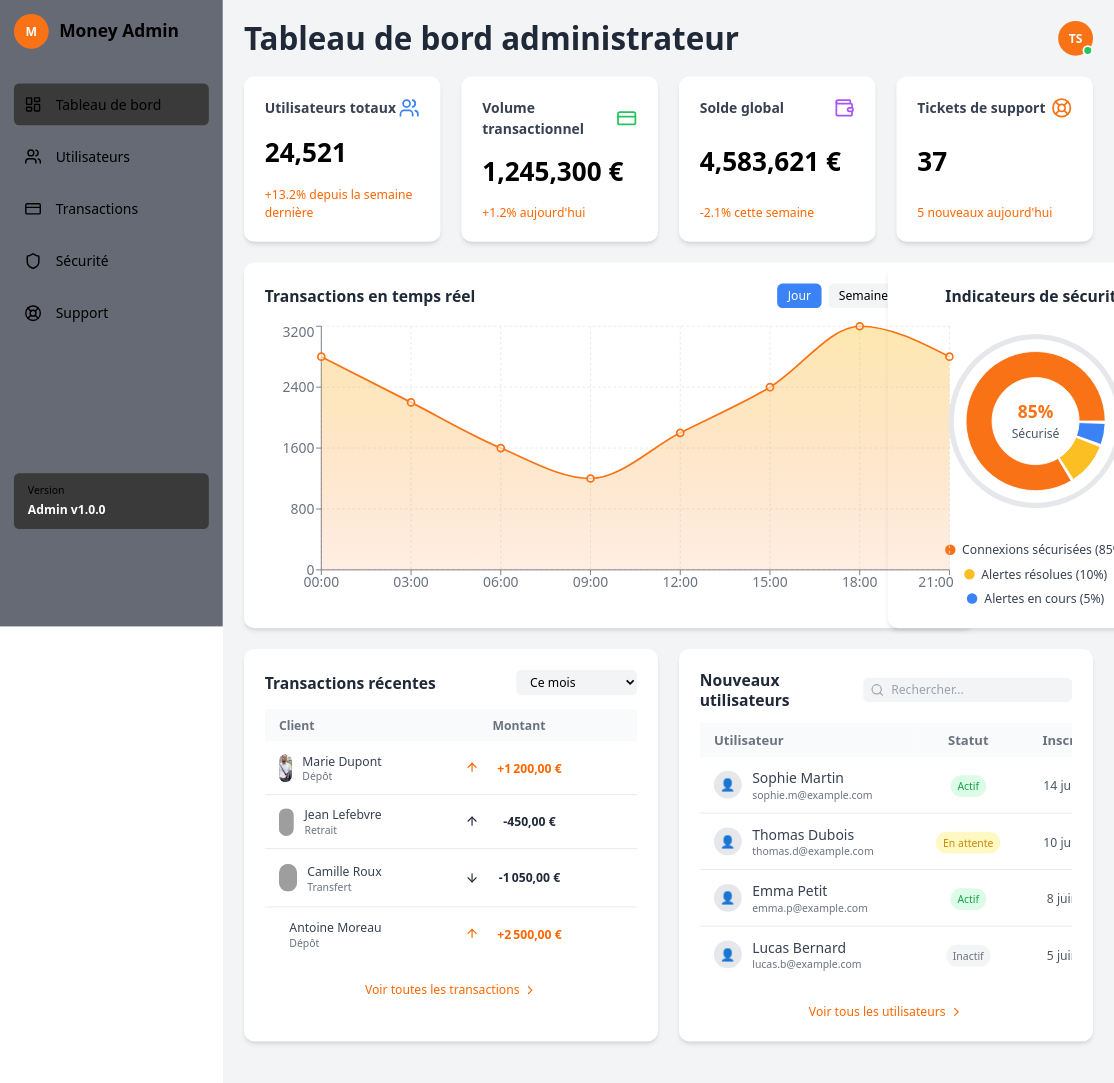
Repository: Edongo999/Dashboard
Page: /
An editor plug-in stored every save of this project. The page is shown before and after the next save, followed by the edit.
The browser window is 1280 px wide. The pictures show the whole page, at 87% of full size.
Pictures or frames that could not be fetched are drawn as grey boxes. The project was rebuilt for these pictures with package versions that can differ from the ones it lists, and the page was loaded fresh each time. Also part of the build but not shown: vite.config.ts.

Above is the page before, as saved 2025-10-14 13:45:09.

### index.html
<!doctype html>
<html lang="en">
  <head>
    <meta charset="UTF-8" />
    <link rel="icon" type="image/svg+xml" href="/vite.svg" />
    <meta name="viewport" content="width=device-width, initial-scale=1.0" />
    <title>mon_dashboard</title>
  </head>
  <body>
    <div id="root"></div>
    <script type="module" src="/src/main.tsx"></script>
  </body>
</html>

### src/App.tsx
import Sidebar from "./components/Sidebar"
import StatBlock from "./components/StatBlock"
import UserAvatar from "./components/UserAvatar"
import RealtimeChart from "./components/RealtimeChart"
import SecurityIndicators from "./components/SecurityIndicators"
import RecentActivity from "./components/RecentActivity"
import NewUsersTable from "./components/NewUsersTable"
import { Users, CreditCard, Wallet, LifeBuoy } from "lucide-react"

const App = () => {
  const kpis = [
    {
      title: "Utilisateurs totaux",
      value: "24,521",
      subtext: "+13.2% depuis la semaine dernière",
      icon: <Users />,
      iconColor: "text-blue-500"
    },
    {
      title: "Volume transactionnel",
      value: "1,245,300 €",
      subtext: "+1.2% aujourd'hui",
      icon: <CreditCard />,
      iconColor: "text-green-500"
    },
    {
      title: "Solde global",
      value: "4,583,621 €",
      subtext: "-2.1% cette semaine",
      icon: <Wallet />,
      iconColor: "text-purple-500"
    },
    {
      title: "Tickets de support",
      value: "37",
      subtext: "5 nouveaux aujourd'hui",
      icon: <LifeBuoy />,
      iconColor: "text-orange-500"
    }
  ]

  return (
    <div className="flex min-h-screen">
      <Sidebar />
      <main className="flex-1 overflow-auto p-6 bg-[#F3F4F6]">

        {/* ✅ Titre + avatar */}
        <div className="flex items-center justify-between mb-6">
          <h1 className="text-4xl font-bold text-gray-800">
            Tableau de bord administrateur
          </h1>
          <UserAvatar />
        </div>

        {/* ✅ Cartes KPI */}
        <div className="grid grid-cols-1 sm:grid-cols-2 lg:grid-cols-4 gap-6 mb-6">
          {kpis.map((kpi, i) => (
            <StatBlock key={i} {...kpi} />
          ))}
        </div>

        {/* ✅ Section monitoring */}
        <div className="grid grid-cols-1 lg:grid-cols-2 gap-6 mb-6">
          <RealtimeChart />
          <SecurityIndicators />
        </div>

        {/* ✅ Section activité + utilisateurs côte à côte */}
        <div className="grid grid-cols-1 lg:grid-cols-2 gap-6 mb-6">
          <RecentActivity />
          <NewUsersTable />
        </div>
      </main>
    </div>
  )
}

export default App

### src/components/Sidebar.tsx
import {
  LayoutDashboard,
  Users,
  CreditCard,
  Shield,
  LifeBuoy,
  Menu
} from "lucide-react"
import { useState } from "react"

const Sidebar = () => {
  const [open, setOpen] = useState(false)
  const [active, setActive] = useState("Tableau de bord")

  const menuItems = [
    { label: "Tableau de bord", icon: <LayoutDashboard size={20} /> },
    { label: "Utilisateurs", icon: <Users size={20} /> },
    { label: "Transactions", icon: <CreditCard size={20} /> },
    { label: "Sécurité", icon: <Shield size={20} /> },
    { label: "Support", icon: <LifeBuoy size={20} /> }
  ]

  return (
    <>
      {/* Bouton hamburger mobile */}
      <button
        className="lg:hidden fixed top-4 left-4 z-50 bg-white p-2 rounded-md shadow-md"
        onClick={() => setOpen(!open)}
      >
        <Menu className="text-gray-800" />
      </button>

      {/* Sidebar */}
      <aside
        className={`fixed top-0 left-0 w-64 h-screen bg-[#656A74] text-neutral-content flex flex-col justify-between p-4 z-40 transition-transform duration-300 ${
          open ? "translate-x-0" : "-translate-x-full"
        } lg:translate-x-0 lg:static lg:block`}
        style={{ opacity: 1 }}
      >
        {/* Haut : logo */}
        <div>
          <div className="flex items-center gap-3 mb-10">
            <div className="bg-orange-500 text-white rounded-full w-10 h-10 flex items-center justify-center font-bold text-sm shrink-0">
              M
            </div>
            <span className="text-xl font-semibold whitespace-nowrap">Money Admin</span>
          </div>

          {/* Menu */}
          <ul className="space-y-3">
            {menuItems.map((item) => (
              <li key={item.label}>
                <a
                  onClick={() => setActive(item.label)}
                  className={`flex items-center gap-4 py-3 px-3 text-[16px] rounded-md transition-all duration-300 ${
                    active === item.label
                      ? "bg-[#3A3A3A]"
                      : "hover:bg-neutral-600 hover:scale-[1.02]"
                  }`}
                >
                  {item.icon}
                  {item.label}
                </a>
              </li>
            ))}
          </ul>
        </div>

        {/* Bloc version */}
        <div className="mt-40">
          <div className="bg-[#3A3A3A] rounded-md px-4 py-3 text-xs text-neutral-content/70">
            <p className="mb-1">Version</p>
            <span className="font-semibold text-sm text-white">Admin v1.0.0</span>
          </div>
        </div>
      </aside>
    </>
  )
}

export default Sidebar

### src/components/StatBlock.tsx
import { motion } from "framer-motion"

type StatBlockProps = {
  title: string
  value: string
  subtext: string
  icon: React.ReactNode
  iconColor: string
}

const StatBlock = ({ title, value, subtext, icon, iconColor }: StatBlockProps) => {
  return (
    <motion.div
      initial={{ opacity: 0, y: 30 }}
      animate={{ opacity: 1, y: 0 }}
      whileHover={{ scale: 1.03, y: -5 }}
      transition={{ duration: 0.3, ease: "easeOut" }}
      // 🔧 MODIFICATION ICI : largeur dynamique
      // Remplace `max-w-[240px]` par `flex-1` pour que chaque carte s’étire dans le layout
      className="bg-white shadow-md p-6 rounded-[12px] flex flex-col justify-between flex-1 h-[190px]"
    >
      <div className="flex justify-between items-center">
        <h3 className="text-base font-semibold text-gray-700">{title}</h3>
        <div className={`text-2xl ${iconColor}`}>{icon}</div>
      </div>
      <p className="text-3xl font-bold mt-2 text-black">{value}</p>
      <p className="text-sm mt-2 text-[#FF6600] font-medium">{subtext}</p>
    </motion.div>
  )
}

export default StatBlock

### src/components/UserAvatar.tsx
const UserAvatar = () => {
  return (
    <div className="relative">
      <div className="w-10 h-10 rounded-full bg-orange-500 text-white flex items-center justify-center font-bold text-sm">
        TS
      </div>
      <span className="absolute bottom-0 right-0 w-3 h-3 rounded-full border-2 border-white bg-green-500" />
    </div>
  )
}

export default UserAvatar

### src/components/SecurityIndicators.tsx
import {
  PieChart,
  Pie,
  Cell,
  ResponsiveContainer
} from "recharts"

type SecurityLabel = "Connexions sécurisées" | "Alertes résolues" | "Alertes en cours"

const rawData: { name: SecurityLabel; value: number }[] = [
  { name: "Connexions sécurisées", value: 85 },
  { name: "Alertes résolues", value: 10 },
  { name: "Alertes en cours", value: 5 }
]

const COLOR_MAP: Record<SecurityLabel, string> = {
  "Connexions sécurisées": "#F97316",
  "Alertes résolues": "#FBBF24",
  "Alertes en cours": "#3B82F6"
}

const SecurityIndicators = () => {
  const total = rawData.reduce((sum, item) => sum + item.value, 0)

  const data = rawData.map((item) => ({
    ...item,
    percent: ((item.value / total) * 100).toFixed(0) + "%",
    color: COLOR_MAP[item.name]
  }))

  return (
    // 🔧 MODIFICATION ICI : contrôle du décalage horizontal
    // Pour décaler vers la droite, utilise `ml-2`, `ml-4`, `ml-6`, etc.
    // Pour centrer, retire `ml-*` et utilise `mx-auto`
    <div className="bg-white rounded-[12px] shadow-md p-6 w-[340px] h-[420px] ml-60 flex flex-col items-center justify-between">
      <h2 className="text-lg font-semibold text-gray-800">Indicateurs de sécurité</h2>

      {/* Donut + cercle externe */}
      <div className="relative flex items-center justify-center mt-2 mb-4">
        <div className="w-[200px] h-[200px] rounded-full border-[6px] border-gray-200 flex items-center justify-center">
          <div className="w-[160px] h-[160px]">
            <ResponsiveContainer width="100%" height="100%">
              <PieChart>
                <Pie
                  data={data}
                  dataKey="value"
                  innerRadius={50}
                  outerRadius={80}
                  paddingAngle={2}
                >
                  {data.map((item) => (
                    <Cell key={item.name} fill={item.color} />
                  ))}
                </Pie>
              </PieChart>
            </ResponsiveContainer>
          </div>

          {/* Texte centré */}
          <div className="absolute text-center">
            <p className="text-xl font-bold text-orange-500">85%</p>
            <p className="text-sm text-gray-600">Sécurisé</p>
          </div>
        </div>
      </div>

      {/* Légende en bas */}
      <div className="flex flex-col items-center gap-2 text-sm text-gray-700">
        {data.map((item) => (
          <div key={item.name} className="flex items-center gap-2">
            <span
              className="w-3 h-3 rounded-full"
              style={{ backgroundColor: item.color }}
            />
            <span>{item.name} ({item.percent})</span>
          </div>
        ))}
      </div>
    </div>
  )
}

export default SecurityIndicators

### src/components/RecentActivity.tsx
import { ChevronRight, ArrowUp, ArrowDown, X } from "lucide-react"
import { useState } from "react"

// ✅ Liste des transactions avec images locales
const transactions = [
  {
    name: "Marie Dupont",
    type: "Dépôt",
    amount: "+1 200,00 €",
    status: "Réussi",
    avatar: "/src/assets/images/landry.png"
  },
  {
    name: "Jean Lefebvre",
    type: "Retrait",
    amount: "-450,00 €",
    status: "Réussi",
    avatar: "/assets/jean.jpg"
  },
  {
    name: "Camille Roux",
    type: "Transfert",
    amount: "-1 050,00 €",
    status: "En attente",
    avatar: "/assets/camille.jpg"
  },
  {
    name: "Antoine Moreau",
    type: "Dépôt",
    amount: "+2 500,00 €",
    status: "Réussi",
    avatar: "/assets/antoine.jpg"
  }
]

const RecentActivity = () => {
  const [zoomedImage, setZoomedImage] = useState<string | null>(null)

  return (
    <div className="bg-white rounded-[12px] shadow-md p-6 w-full lg:max-w-[600px]">

      {/* ✅ Titre + filtre */}
      <div className="flex justify-between items-center mb-4">
        <h2 className="text-base lg:text-lg font-bold text-gray-800">Transactions récentes</h2>
        <select className="text-xs lg:text-sm bg-gray-100 px-3 py-1 rounded-md">
          <option>Ce mois</option>
          <option>Cette semaine</option>
          <option>Aujourd'hui</option>
        </select>
      </div>

      {/* ✅ Tableau responsive */}
      <div className="overflow-x-auto">
        <table className="min-w-[500px] w-full text-[13px] lg:text-[14px] text-left">
          <thead>
            <tr className="bg-[#F9FAFB] text-gray-500 font-normal">
              <th className="py-2 px-4">Client</th>
              <th className="py-2 px-20 text-center">Montant</th>
              <th className="py-2 px-4 text-center">Statut</th>
            </tr>
          </thead>
          <tbody className="divide-y divide-gray-200">
            {transactions.map((tx, i) => {
              const isDeposit = tx.type === "Dépôt"
              const arrowColor = isDeposit ? "#FF6600" : "#1F2937"
              const amountColor = isDeposit ? "text-[#FF6600]" : "text-[#1F2937]"
              const ArrowIcon = tx.status === "Réussi" ? ArrowUp : ArrowDown

              return (
                <tr key={i} className="text-gray-700 align-middle">

                  {/* ✅ Client avec image cliquable + nom non cassable */}
                  <td className="py-3 px-4">
                    <div className="flex items-center gap-3">
                      <button onClick={() => setZoomedImage(tx.avatar)}>
                        <img
                          src={tx.avatar}
                          alt={tx.name}
                          className="w-8 h-8 rounded-full object-cover hover:scale-105 transition-transform"
                        />
                      </button>
                      <div className="whitespace-nowrap">
                        <p className="font-medium">{tx.name}</p>
                        <p className="text-xs text-gray-500">{tx.type}</p>
                      </div>
                    </div>
                  </td>

                  {/* ✅ Montant bien reculé et non cassable */}
                  <td className="py-3 px-20 text-center">
                    <div className="inline-flex items-center justify-center gap-2 h-6">
                      <ArrowIcon
                        className="w-4 h-4 font-bold shrink-0"
                        style={{ color: arrowColor }}
                      />
                      <span className={`font-semibold ${amountColor} min-w-[100px] whitespace-nowrap`}>
                        {tx.amount}
                      </span>
                    </div>
                  </td>

                  {/* ✅ Statut avec badge */}
                  <td className="py-3 px-4 text-center">
                    <span
                      className={`px-2 py-1 rounded-full text-xs font-medium ${
                        tx.status === "Réussi"
                          ? "bg-green-100 text-green-600"
                          : "bg-yellow-100 text-yellow-600"
                      }`}
                    >
                      {tx.status}
                    </span>
                  </td>
                </tr>
              )
            })}
          </tbody>
        </table>
      </div>

      {/* ✅ Bouton en bas */}
      <div className="mt-6 flex justify-center">
        <button className="text-xs lg:text-sm text-[#FF6600] hover:underline flex items-center gap-1">
          Voir toutes les transactions <ChevronRight className="w-4 h-4" style={{ color: "#FF6600" }} />
        </button>
      </div>

      {/* ✅ Modal zoom image */}
      {zoomedImage && (
        <div className="fixed inset-0 bg-black bg-opacity-60 flex items-center justify-center z-50">
          <div className="relative bg-white rounded-lg p-4 shadow-lg max-w-sm w-full">
            <button
              onClick={() => setZoomedImage(null)}
              className="absolute top-2 right-2 text-gray-500 hover:text-gray-800"
            >
              <X className="w-5 h-5" />
            </button>
            <img
              src={zoomedImage}
              alt="Zoom"
              className="w-full h-auto rounded-md object-cover"
            />
          </div>
        </div>
      )}
    </div>
  )
}

export default RecentActivity

Loaded but not shown: src/main.tsx (common file); src/index.css (common file); tailwind.config.js (26 lines, source omitted); src/components/NewUsersTable.tsx (108 lines, source omitted); src/components/RealtimeChart.tsx (98 lines, source omitted)

After the next save:
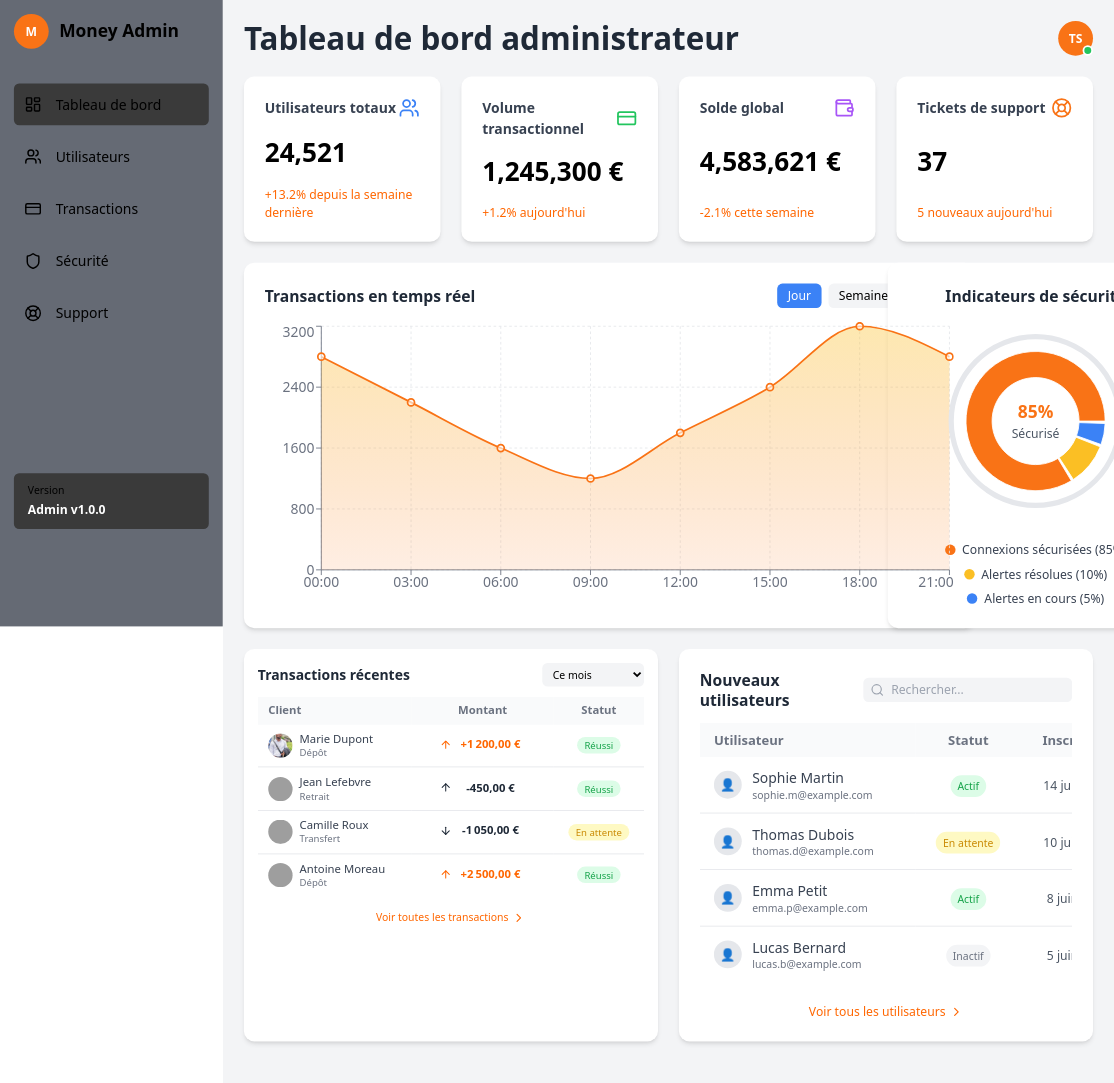
Saved 4 min 53 s later.
--- a/src/components/RecentActivity.tsx
+++ b/src/components/RecentActivity.tsx
@@ -1,7 +1,7 @@
 import { ChevronRight, ArrowUp, ArrowDown, X } from "lucide-react"
 import { useState } from "react"
 
-// ✅ Liste des transactions avec images locales
+// ✅ Transactions avec tes images locales
 const transactions = [
   {
     name: "Marie Dupont",
@@ -37,26 +37,26 @@ const RecentActivity = () => {
   const [zoomedImage, setZoomedImage] = useState<string | null>(null)
 
   return (
-    <div className="bg-white rounded-[12px] shadow-md p-6 w-full lg:max-w-[600px]">
+    <div className="bg-white rounded-[12px] shadow-md p-4 w-full lg:max-w-[600px]">
 
       {/* ✅ Titre + filtre */}
-      <div className="flex justify-between items-center mb-4">
-        <h2 className="text-base lg:text-lg font-bold text-gray-800">Transactions récentes</h2>
-        <select className="text-xs lg:text-sm bg-gray-100 px-3 py-1 rounded-md">
+      <div className="flex justify-between items-center mb-3">
+        <h2 className="text-base font-bold text-gray-800">Transactions récentes</h2>
+        <select className="text-xs bg-gray-100 px-2 py-1 rounded-md">
           <option>Ce mois</option>
           <option>Cette semaine</option>
           <option>Aujourd'hui</option>
         </select>
       </div>
 
-      {/* ✅ Tableau responsive */}
+      {/* ✅ Tableau compact sans scroll */}
       <div className="overflow-x-auto">
-        <table className="min-w-[500px] w-full text-[13px] lg:text-[14px] text-left">
+        <table className="w-full text-[13px] text-left">
           <thead>
             <tr className="bg-[#F9FAFB] text-gray-500 font-normal">
-              <th className="py-2 px-4">Client</th>
-              <th className="py-2 px-20 text-center">Montant</th>
-              <th className="py-2 px-4 text-center">Statut</th>
+              <th className="py-1.5 px-3">Client</th>
+              <th className="py-1.5 px-6 text-center">Montant</th>
+              <th className="py-1.5 px-3 text-center">Statut</th>
             </tr>
           </thead>
           <tbody className="divide-y divide-gray-200">
@@ -69,40 +69,40 @@ const RecentActivity = () => {
               return (
                 <tr key={i} className="text-gray-700 align-middle">
 
-                  {/* ✅ Client avec image cliquable + nom non cassable */}
-                  <td className="py-3 px-4">
-                    <div className="flex items-center gap-3">
+                  {/* ✅ Client avec image zoomable + nom non cassable */}
+                  <td className="py-2 px-3">
+                    <div className="flex items-center gap-2">
                       <button onClick={() => setZoomedImage(tx.avatar)}>
                         <img
                           src={tx.avatar}
                           alt={tx.name}
-                          className="w-8 h-8 rounded-full object-cover hover:scale-105 transition-transform"
+                          className="w-7 h-7 rounded-full object-cover hover:scale-105 transition-transform"
                         />
                       </button>
                       <div className="whitespace-nowrap">
-                        <p className="font-medium">{tx.name}</p>
-                        <p className="text-xs text-gray-500">{tx.type}</p>
+                        <p className="font-medium leading-tight">{tx.name}</p>
+                        <p className="text-[11px] text-gray-500">{tx.type}</p>
                       </div>
                     </div>
                   </td>
 
-                  {/* ✅ Montant bien reculé et non cassable */}
-                  <td className="py-3 px-20 text-center">
-                    <div className="inline-flex items-center justify-center gap-2 h-6">
+                  {/* ✅ Montant compact et non cassable */}
+                  <td className="py-2 px-6 text-center">
+                    <div className="inline-flex items-center justify-center gap-1 h-5">
                       <ArrowIcon
-                        className="w-4 h-4 font-bold shrink-0"
+                        className="w-3.5 h-3.5 shrink-0"
                         style={{ color: arrowColor }}
                       />
-                      <span className={`font-semibold ${amountColor} min-w-[100px] whitespace-nowrap`}>
+                      <span className={`font-semibold ${amountColor} min-w-[80px] whitespace-nowrap`}>
                         {tx.amount}
                       </span>
                     </div>
                   </td>
 
-                  {/* ✅ Statut avec badge */}
-                  <td className="py-3 px-4 text-center">
+                  {/* ✅ Statut badge compact */}
+                  <td className="py-2 px-3 text-center">
                     <span
-                      className={`px-2 py-1 rounded-full text-xs font-medium ${
+                      className={`px-2 py-0.5 rounded-full text-[11px] font-medium ${
                         tx.status === "Réussi"
                           ? "bg-green-100 text-green-600"
                           : "bg-yellow-100 text-yellow-600"
@@ -118,9 +118,9 @@ const RecentActivity = () => {
         </table>
       </div>
 
-      {/* ✅ Bouton en bas */}
-      <div className="mt-6 flex justify-center">
-        <button className="text-xs lg:text-sm text-[#FF6600] hover:underline flex items-center gap-1">
+      {/* ✅ Bouton bas */}
+      <div className="mt-4 flex justify-center">
+        <button className="text-xs text-[#FF6600] hover:underline flex items-center gap-1">
           Voir toutes les transactions <ChevronRight className="w-4 h-4" style={{ color: "#FF6600" }} />
         </button>
       </div>
